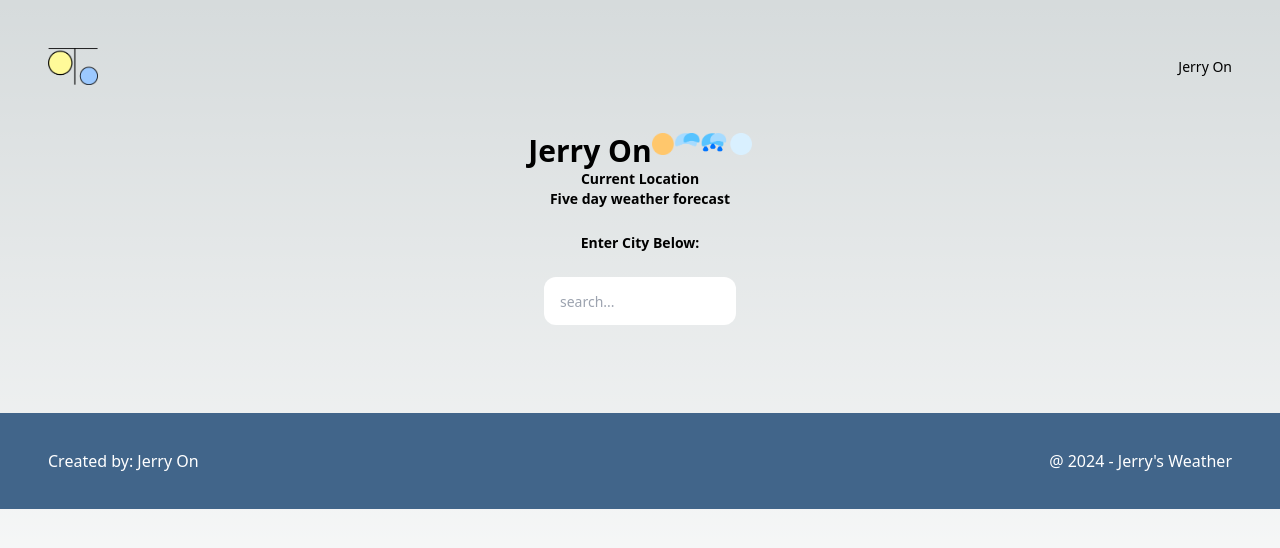
Repository: JerryWuOn/weatherAppMid
Page: /
An editor plug-in stored every save of this project. The page is shown before and after the next save, followed by the edit.
The browser window is 1280 px wide. The pictures show the whole page.
The project was rebuilt for these pictures with package versions that can differ from the ones it lists, and the page was loaded fresh each time. The framework's server and built-in components were replaced by stand-ins that run in the browser. Also part of the build but not shown: next.config.mjs.

Above is the page before, as saved 2024-02-12 20:01:36.

After the next save:
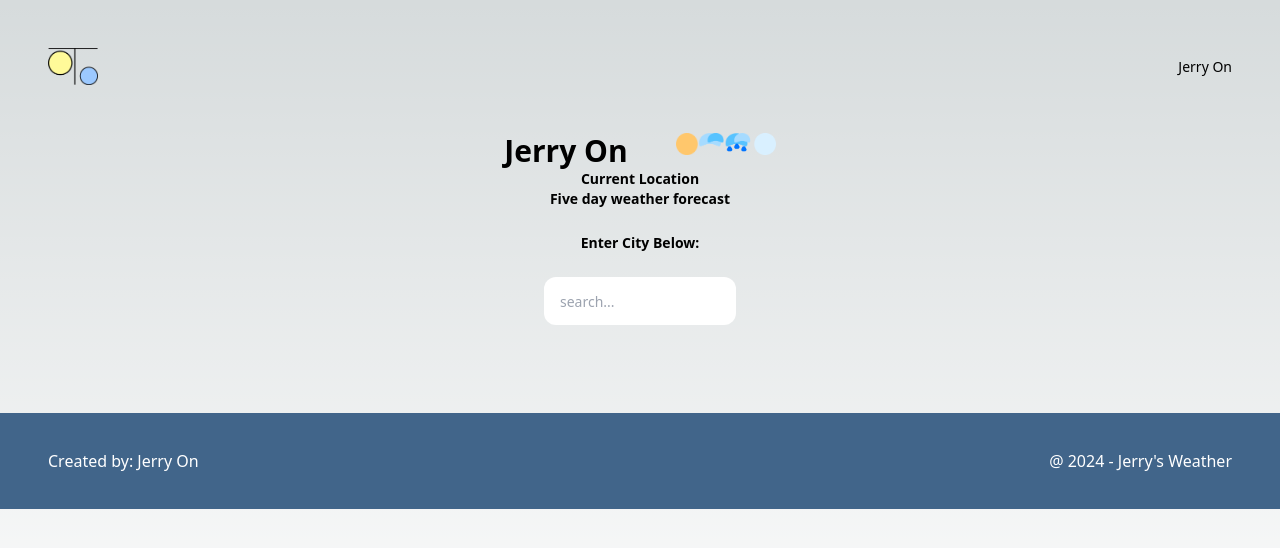
Saved 22 s later.
--- a/src/pages/index.tsx
+++ b/src/pages/index.tsx
@@ -62,7 +62,7 @@ export default function Home() {
         <div className="flex flex-col justify-center text-center w-full items-center">
           <div className="flex flex-row">
             <div className="font-bold text-3xl">Jerry On</div>
-            <div className="">
+            <div className="pl-12">
               <Image src={Clouds} alt="clouds" width={100}/>
             </div>
           </div>
